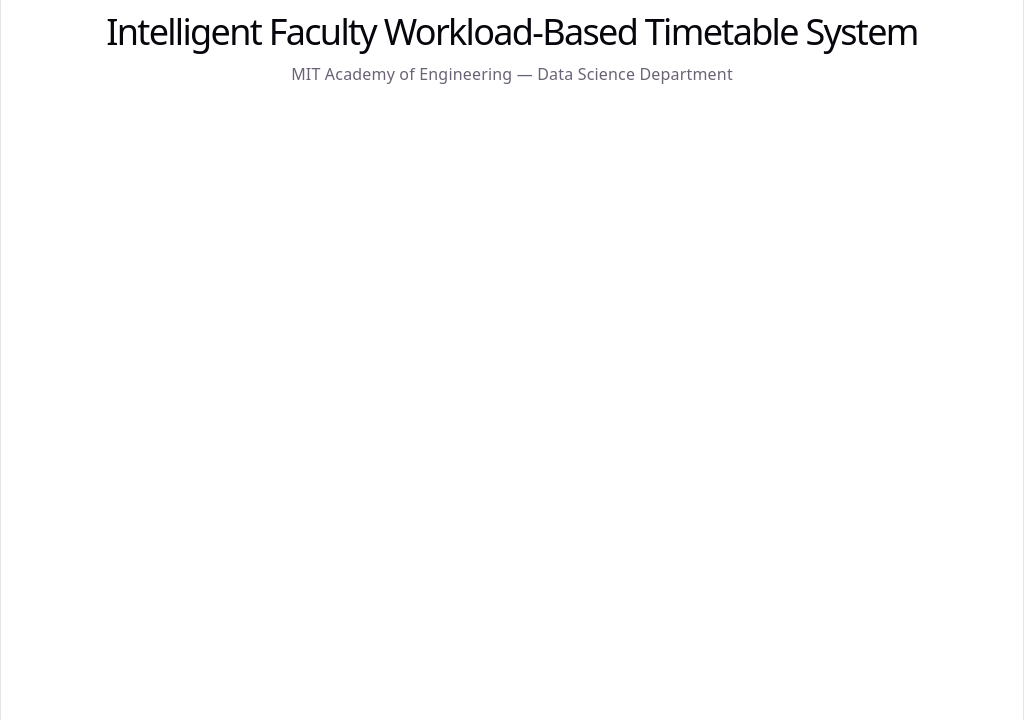
Repository: palak-surana/Intelligent-Timetable-System
Page: / (app in frontend/)
These files come from the project's save history. The page is drawn as it stood at one moment and after the next save; the edit follows.
The browser window is 1024 px wide. The pictures show the whole page.
The project was rebuilt for these pictures with package versions that can differ from the ones it lists, and the page was loaded fresh each time. Also part of the build but not shown: frontend/vite.config.js.

Above is the page before, as saved 2026-08-15 21:39:52.

After the next save:
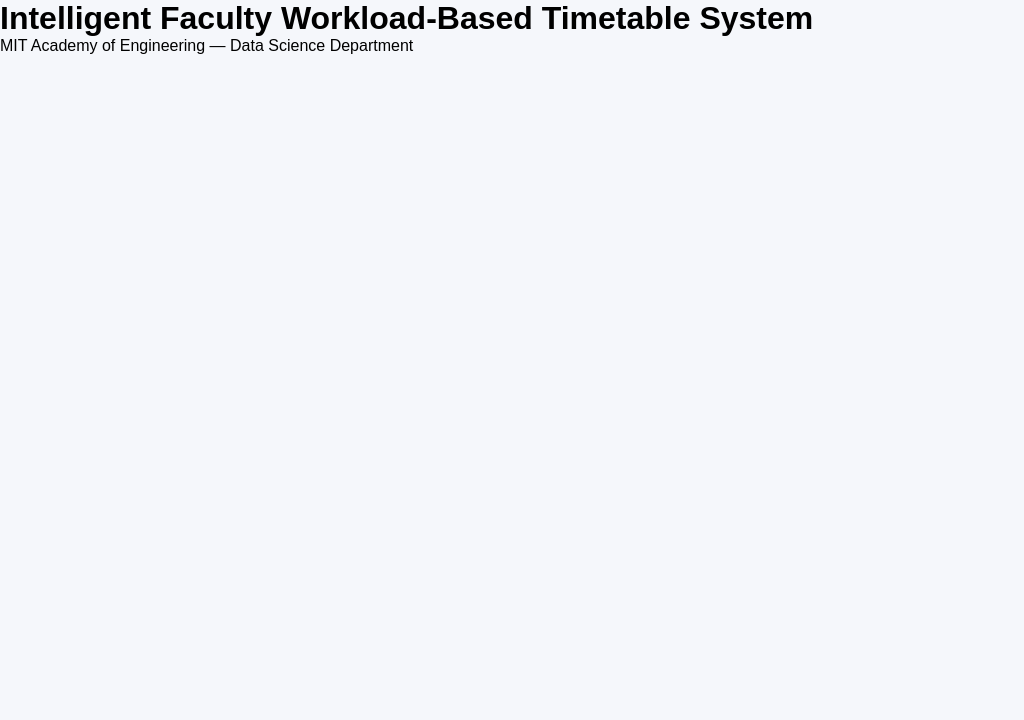
Saved 25 s later.
--- a/frontend/src/index.css
+++ b/frontend/src/index.css
@@ -1,111 +1,10 @@
-:root {
-  --text: #6b6375;
-  --text-h: #08060d;
-  --bg: #fff;
-  --border: #e5e4e7;
-  --code-bg: #f4f3ec;
-  --accent: #aa3bff;
-  --accent-bg: rgba(170, 59, 255, 0.1);
-  --accent-border: rgba(170, 59, 255, 0.5);
-  --social-bg: rgba(244, 243, 236, 0.5);
-  --shadow:
-    rgba(0, 0, 0, 0.1) 0 10px 15px -3px, rgba(0, 0, 0, 0.05) 0 4px 6px -2px;
-
-  --sans: system-ui, 'Segoe UI', Roboto, sans-serif;
-  --heading: system-ui, 'Segoe UI', Roboto, sans-serif;
-  --mono: ui-monospace, Consolas, monospace;
-
-  font: 18px/145% var(--sans);
-  letter-spacing: 0.18px;
-  color-scheme: light dark;
-  color: var(--text);
-  background: var(--bg);
-  font-synthesis: none;
-  text-rendering: optimizeLegibility;
-  -webkit-font-smoothing: antialiased;
-  -moz-osx-font-smoothing: grayscale;
-
-  @media (max-width: 1024px) {
-    font-size: 16px;
-  }
-}
-
-@media (prefers-color-scheme: dark) {
-  :root {
-    --text: #9ca3af;
-    --text-h: #f3f4f6;
-    --bg: #16171d;
-    --border: #2e303a;
-    --code-bg: #1f2028;
-    --accent: #c084fc;
-    --accent-bg: rgba(192, 132, 252, 0.15);
-    --accent-border: rgba(192, 132, 252, 0.5);
-    --social-bg: rgba(47, 48, 58, 0.5);
-    --shadow:
-      rgba(0, 0, 0, 0.4) 0 10px 15px -3px, rgba(0, 0, 0, 0.25) 0 4px 6px -2px;
-  }
-
-  #social .button-icon {
-    filter: invert(1) brightness(2);
-  }
+* {
+  margin: 0;
+  padding: 0;
+  box-sizing: border-box;
 }
 
 body {
-  margin: 0;
+  font-family: Arial, sans-serif;
+  background: #f5f7fb;
 }
-
-#root {
-  width: 1126px;
-  max-width: 100%;
-  margin: 0 auto;
-  text-align: center;
-  border-inline: 1px solid var(--border);
-  min-height: 100svh;
-  display: flex;
-  flex-direction: column;
-  box-sizing: border-box;
-}
-
-h1,
-h2 {
-  font-family: var(--heading);
-  font-weight: 500;
-  color: var(--text-h);
-}
-
-h1 {
-  font-size: 56px;
-  letter-spacing: -1.68px;
-  margin: 32px 0;
-  @media (max-width: 1024px) {
-    font-size: 36px;
-    margin: 20px 0;
-  }
-}
-h2 {
-  font-size: 24px;
-  line-height: 118%;
-  letter-spacing: -0.24px;
-  margin: 0 0 8px;
-  @media (max-width: 1024px) {
-    font-size: 20px;
-  }
-}
-p {
-  margin: 0;
-}
-
-code,
-.counter {
-  font-family: var(--mono);
-  display: inline-flex;
-  border-radius: 4px;
-  color: var(--text-h);
-}
-
-code {
-  font-size: 15px;
-  line-height: 135%;
-  padding: 4px 8px;
-  background: var(--code-bg);
-}
